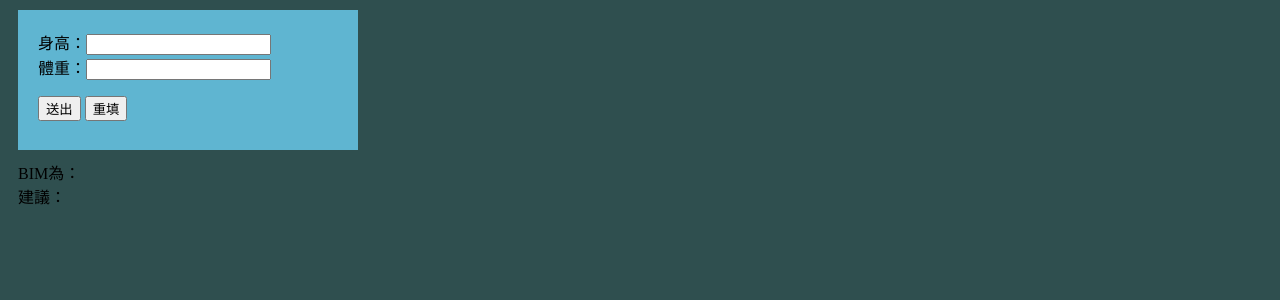
Repository: Digi-Duck/cybercube
Page: 12- 張雅婷/1117-bmi.html
The author's editor kept a copy of each file at every save. The page is drawn from the files as they stood at one save, then again after a run of saves.
The browser window is 1280 px wide. The pictures show the whole page.

Above is the page before, as saved 2022-11-24 13:53:39.

After the next 2 saves:
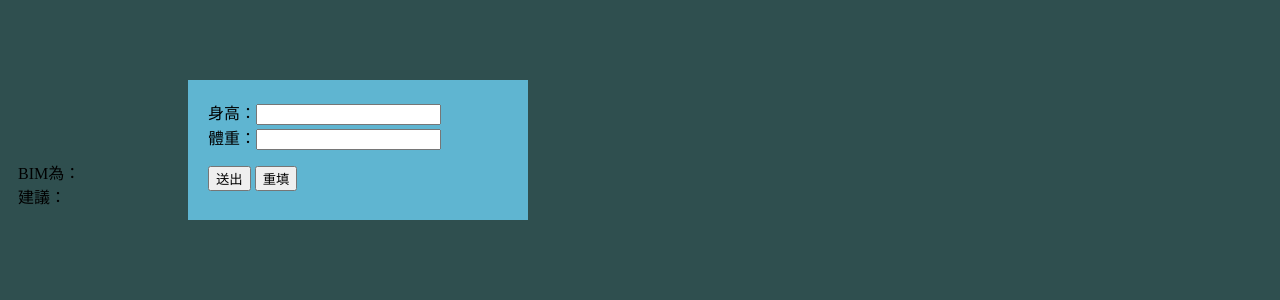
The 2 saves are shown as one change because they came seconds apart.
The last was saved 7 s later.
--- a/12- 張雅婷/bmi.css
+++ b/12- 張雅婷/bmi.css
@@ -3,7 +3,7 @@
     height: 100px;
     margin: 10px;
     align-items: center;
-    transform:translate();
+    transform:translate(50%,50%);
     background-color: #5fb5d1;
     padding: 20px;
     color: black;
